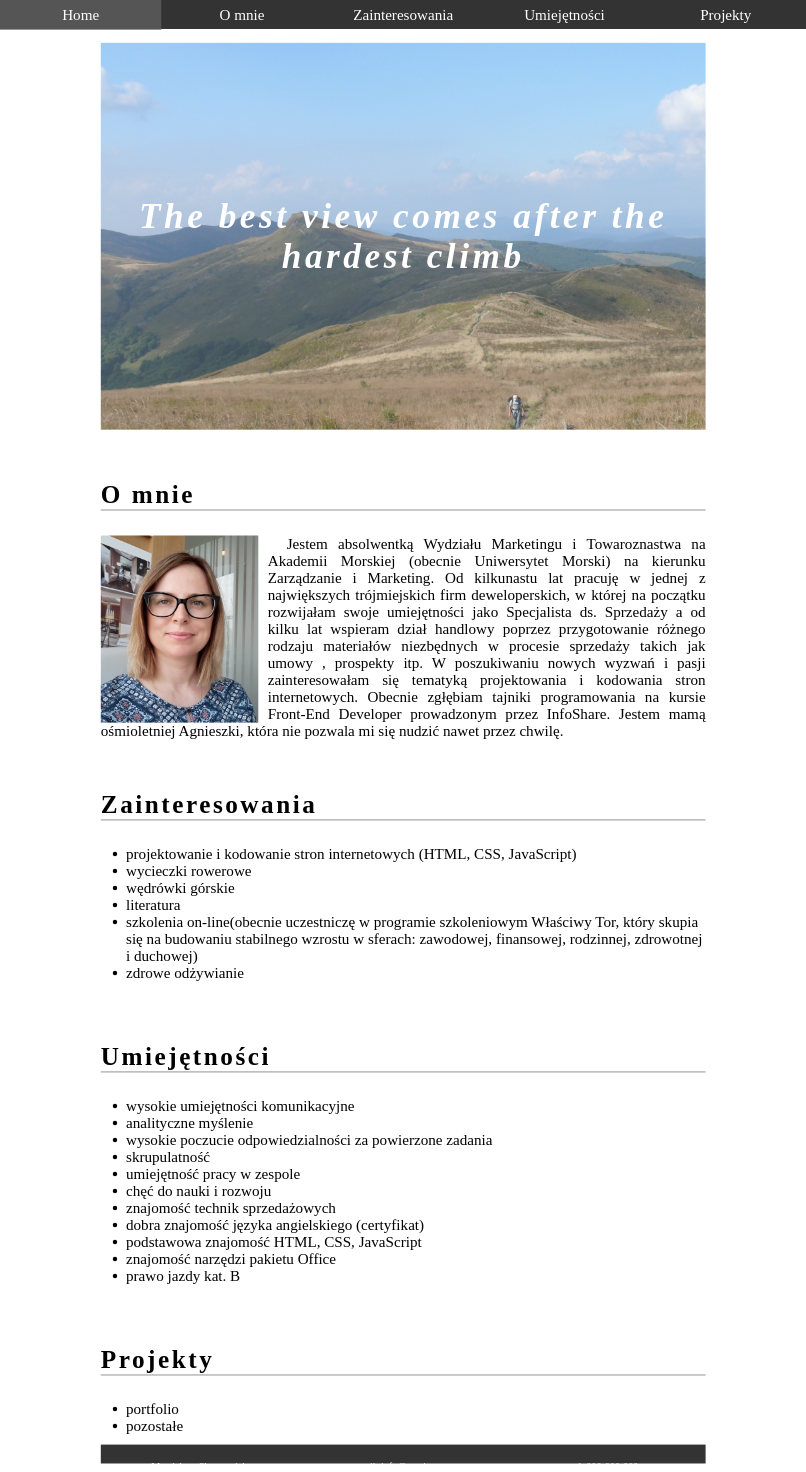
Repository: MagJaw/portfolio
Page: portfolio.html
An editor plug-in stored every save of this project. The page is shown before and after the next save, followed by the edit.
The browser window is 1280 px wide. The pictures show the whole page, at 63% of full size.

Above is the page before, as saved 2018-11-13 00:36:35.

After the next save:
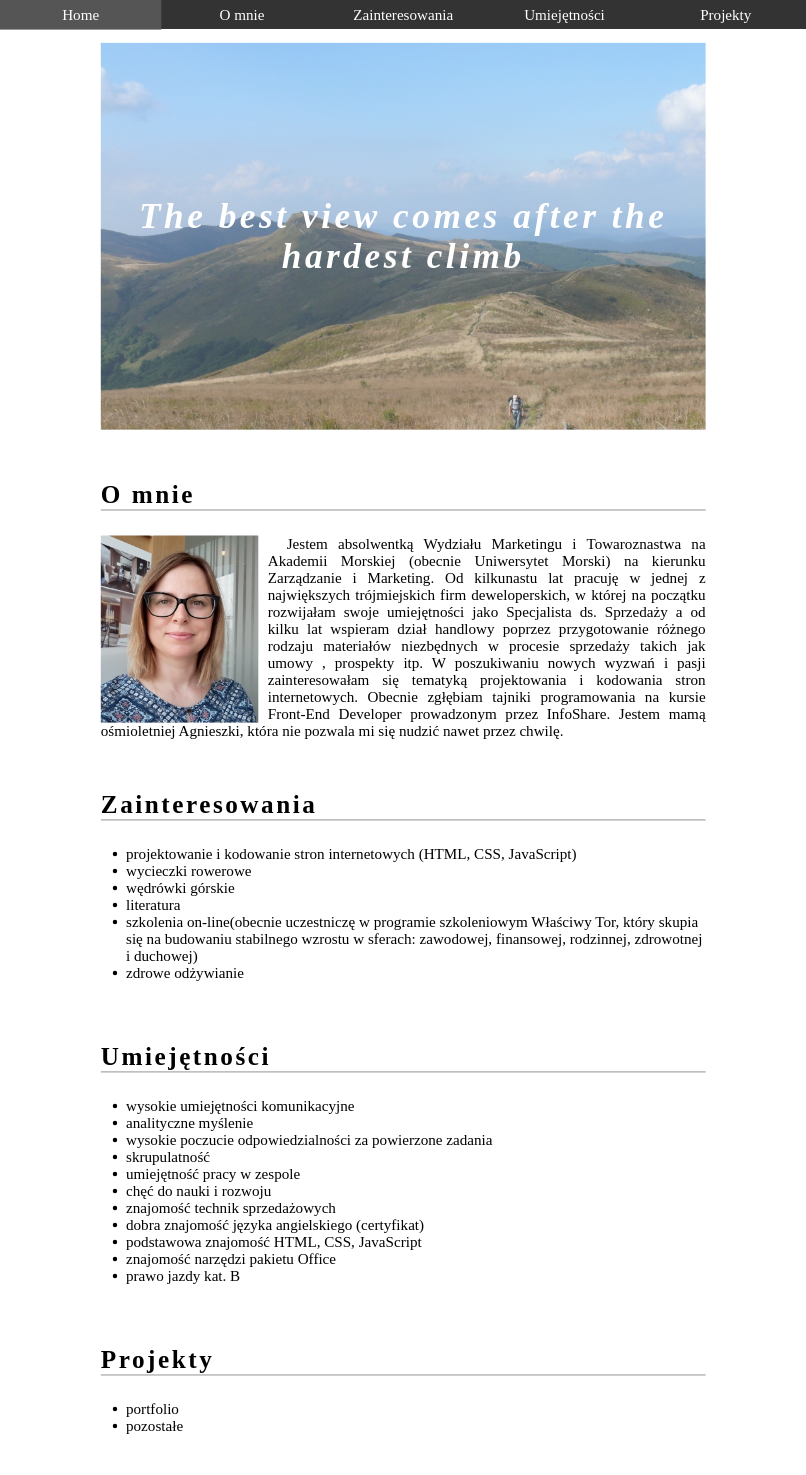
Saved 72 s later.
--- a/main.css
+++ b/main.css
@@ -75,7 +75,7 @@ text-align: justify;
 }
 
 #footer {
-height: 30px;
+height: 0px;
 background: #333;
 bottom: 0;
 display: flex;
@@ -85,7 +85,7 @@ display: flex;
 color: #fff;
 font-size: 1em;
 display: block;
-padding: 10px;
+padding: 15px;
 text-align: center;
 width:100%;
 }
